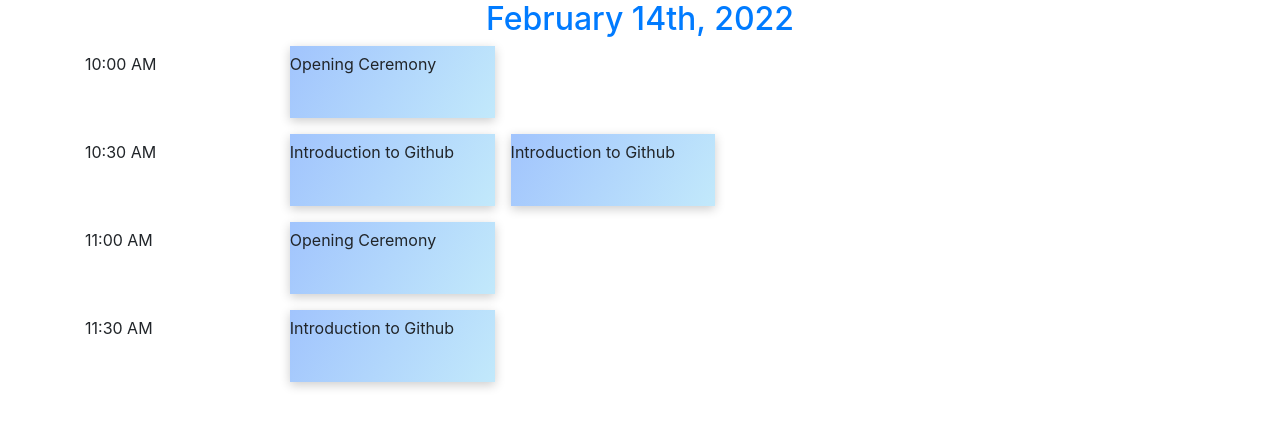
Repository: BaileyLuu/yuHacks2022
Page: public/schedule.html
The author's editor kept a copy of each file at every save. The page is drawn from the files as they stood at one save, then again after the next save.
The browser window is 1280 px wide. The pictures show the whole page.
Some web libraries are served in a nearby version.

Above is the page before, as saved 2021-11-20 13:03:48.

### public/schedule.html
<!DOCTYPE html>
<html lang="en">

<head>
    <meta charset="UTF-8">
    <meta http-equiv="X-UA-Compatible" content="IE=edge">
    <meta name="viewport" content="width=device-width, initial-scale=1.0">

    <script src="https://ajax.googleapis.com/ajax/libs/jquery/3.5.1/jquery.min.js"></script>

    <!-- Popper JS -->
    <script src="https://cdnjs.cloudflare.com/ajax/libs/popper.js/1.12.9/umd/popper.min.js"
        integrity="sha384-ApNbgh9B+Y1QKtv3Rn7W3mgPxhU9K/ScQsAP7hUibX39j7fakFPskvXusvfa0b4Q"
        crossorigin="anonymous"></script>

    <!-- Latest compiled JavaScript -->
    <script src="https://maxcdn.bootstrapcdn.com/bootstrap/4.0.0/js/bootstrap.min.js"
        integrity="sha384-JZR6Spejh4U02d8jOt6vLEHfe/JQGiRRSQQxSfFWpi1MquVdAyjUar5+76PVCmYl"
        crossorigin="anonymous"></script>

    <!-- Latest compiled and minified CSS -->
    <link rel="stylesheet" href="https://maxcdn.bootstrapcdn.com/bootstrap/4.0.0/css/bootstrap.min.css"
        integrity="sha384-Gn5384xqQ1aoWXA+058RXPxPg6fy4IWvTNh0E263XmFcJlSAwiGgFAW/dAiS6JXm" crossorigin="anonymous">

    <!-- AOS CSS Library CDN -->
    <link href="https://unpkg.com/aos@2.3.1/dist/aos.css" rel="stylesheet">
    <!-- Bootstrap Icons -->
    <link rel="stylesheet" href="https://cdn.jsdelivr.net/npm/bootstrap-icons@1.7.0/font/bootstrap-icons.css">



    <script src="https://code.jquery.com/jquery-3.2.1.slim.min.js"
        integrity="sha384-KJ3o2DKtIkvYIK3UENzmM7KCkRr/rE9/Qpg6aAZGJwFDMVNA/GpGFF93hXpG5KkN"
        crossorigin="anonymous"></script>
    <link rel="stylesheet" href="./schedule.css">
    <script src="schedule.js"></script>
    <script src="https://ajax.googleapis.com/ajax/libs/jquery/3.3.1/jquery.min.js"></script>
    <title>yuHacks Schedule</title>
</head>

<body>
    <section class="">
        <div class="container">
            <h2 class="text-primary title text-center">February 14th, 2022</h1>

                <!-- <div class="row row-cols-2">
          <div class="col">Column</div>
          <div class="col">Column</div>
          <div class="col">Column</div>
          <div class="col">Column</div>
          <div class="col">Column</div>
          <div class="col">Column</div>

        </div>
        <div class="row row-cols-2">
            <div class="col">Column</div>
            <div class="col">Column</div>
            <div class="col">Column</div>
            <div class="col">Column</div>
            <div class="col">Column</div>
            <div class="col">Column</div>

          </div> -->
                <div class="schedule-table">



                    <div class="box schedule-time mb-3">
                        <div class="schedule-time">10:00 AM</div>
                        <div class="session-box schedule-time">Opening Ceremony</div>

                    </div>
                    <div class="box schedule-time mb-3">
                        <div class="schedule-time">10:30 AM</div>
                        <div class="session-box schedule-time">Introduction to Github</div>
                        <div class="session-box schedule-time mx-3">Introduction to Github</div>

                    </div>
                    <div class="box schedule-time mb-3">
                        <div class="schedule-time">11:00 AM</div>
                        <div class="session-box schedule-time">Opening Ceremony</div>

                    </div>
                    <div class="box schedule-time">
                        <div class="schedule-time">11:30 AM</div>
                        <div class="session-box schedule-time">Introduction to Github</div>

                    </div>

                    <!-- <div class="col-md-8">
              <div>Introduction to Github</div>
              <div></div>
              <div>Introduction to Bootstrap</div>
          </div> -->

                </div>
        </div>
    </section>

    <script src="https://cdnjs.cloudflare.com/ajax/libs/jquery/3.6.0/jquery.min.js"
        integrity="sha512-894YE6QWD5I59HgZOGReFYm4dnWc1Qt5NtvYSaNcOP+u1T9qYdvdihz0PPSiiqn/+/3e7Jo4EaG7TubfWGUrMQ=="
        crossorigin="anonymous" referrerpolicy="no-referrer"></script>
    <!-- Option 1: Bootstrap Bundle with Popper -->
    <script src="https://cdn.jsdelivr.net/npm/bootstrap@5.1.3/dist/js/bootstrap.bundle.min.js"
        integrity="sha384-ka7Sk0Gln4gmtz2MlQnikT1wXgYsOg+OMhuP+IlRH9sENBO0LRn5q+8nbTov4+1p"
        crossorigin="anonymous"></script>

    <script src="https://unpkg.com/aos@2.3.1/dist/aos.js"></script>
    <script>
        AOS.init({
            offset: 500,
            duration: 800,
            once: true,
        }

        );
    </script>
</body>

</html>

### public/schedule.css
/* body {
    background-color: #141c3c;
  } */

.schedule-time{
  display:flex;
  flex-direction: column;
  width:16vw;
  height:10vh;
  box-sizing: border-box;
  z-index: 50;
  line-height: 5vh;
  flex-wrap: wrap;




}
.session-box{
  background-image: linear-gradient(120deg, #a1c4fd 0%, #c2e9fb 100%);
  box-shadow: 0 3px 10px rgb(0 0 0 / 0.2);
  position:relative;
  word-wrap:break-word;


  /* flex: 1 1 70px; */
  /* display: inline-block; */
}
.schedule-table{
  display:flex;
  flex-direction:column;

}
/* .box>* {
  flex: 1 1 70px;
} */

Loaded but not shown: public/schedule.js (no copy from this time; the picture is the same without it)

After the next save:
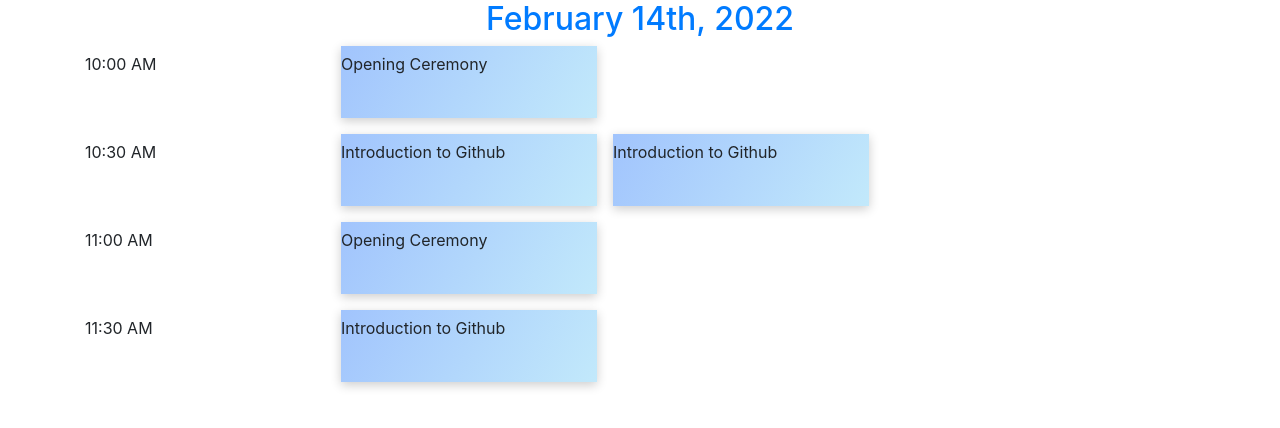
Saved 53 s later.
--- a/public/schedule.css
+++ b/public/schedule.css
@@ -5,7 +5,7 @@
 .schedule-time{
   display:flex;
   flex-direction: column;
-  width:16vw;
+  width:20vw;
   height:10vh;
   box-sizing: border-box;
   z-index: 50;

After the save that followed:
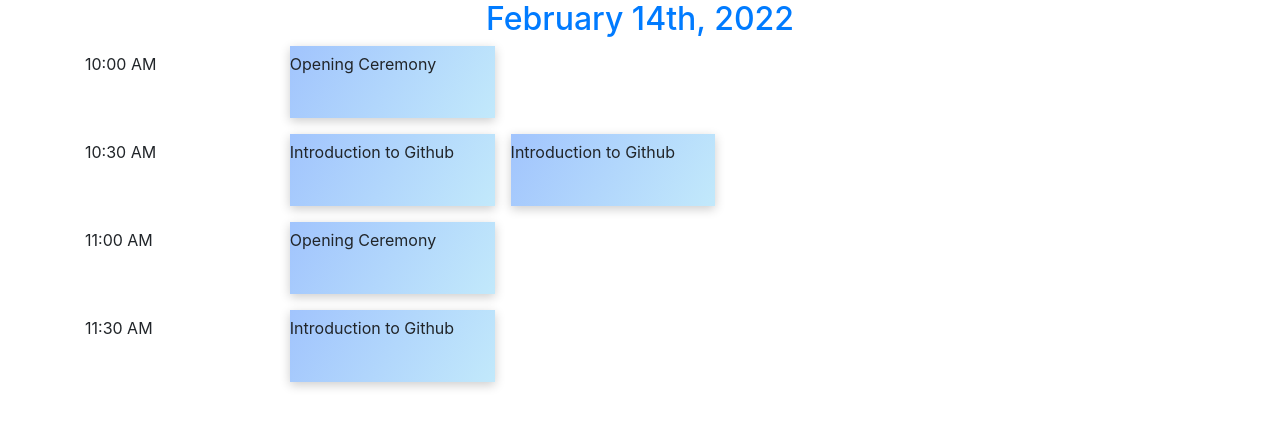
Saved 17 s later.
--- a/public/schedule.css
+++ b/public/schedule.css
@@ -5,7 +5,7 @@
 .schedule-time{
   display:flex;
   flex-direction: column;
-  width:20vw;
+  width:16vw;
   height:10vh;
   box-sizing: border-box;
   z-index: 50;
@@ -20,7 +20,7 @@
   background-image: linear-gradient(120deg, #a1c4fd 0%, #c2e9fb 100%);
   box-shadow: 0 3px 10px rgb(0 0 0 / 0.2);
   position:relative;
-  word-wrap:break-word;
+
 
 
   /* flex: 1 1 70px; */
